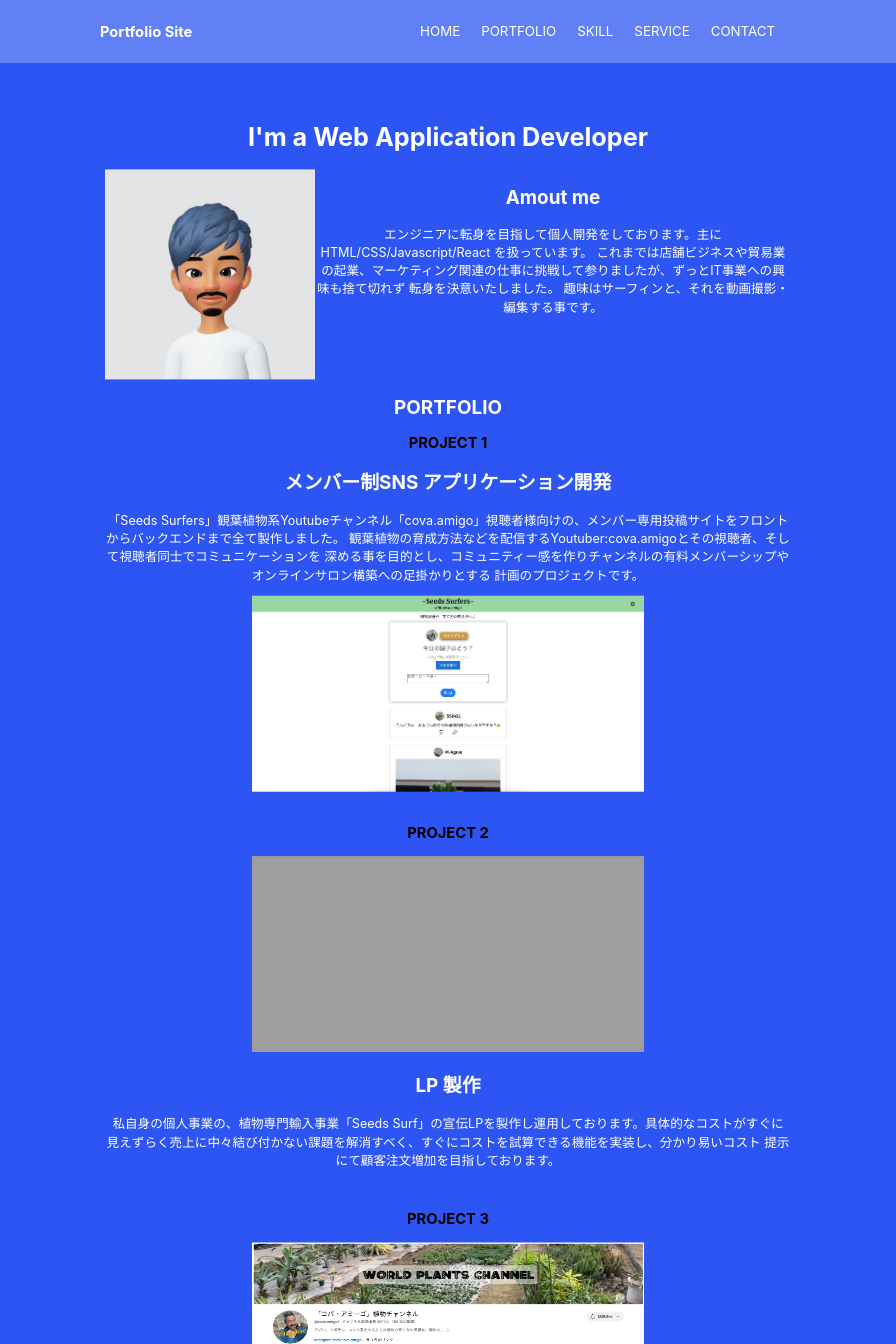
Repository: Seiya00002/my-portfolio-website2
Page: /
These files come from the project's save history. The page is drawn as it stood at one moment and after the next save; the edit follows.
The browser window is 1280 px wide. The pictures show the part of the page from y = 0 to 1920 px (the page is 3606 px tall), at 70% of full size.
Pictures or frames that could not be fetched are drawn as grey boxes. The project was rebuilt for these pictures with package versions that can differ from the ones it lists, and the page was loaded fresh each time.

Above is the page before, as saved 2023-09-23 16:42:39.

### src/index.css
body {
  margin: 0;
  font-family: -apple-system, BlinkMacSystemFont, 'Segoe UI', 'Roboto', 'Oxygen',
    'Ubuntu', 'Cantarell', 'Fira Sans', 'Droid Sans', 'Helvetica Neue',
    sans-serif;
  -webkit-font-smoothing: antialiased;
  -moz-osx-font-smoothing: grayscale;
  background-color: rgb(45, 85, 244);
}

code {
  font-family: source-code-pro, Menlo, Monaco, Consolas, 'Courier New',
    monospace;
}

### src/App.tsx
import React from 'react';
import logo from './logo.svg';
import './App.css';
import Header from './Components/Header';
import Homepage from './Components/Homepage';
import Footer from './Components/Footer';

function App() {
  return (
    <div className="App">
      <Header />
      <Homepage />
      <Footer />
    </div>
  );
}

export default App;

### src/App.css
.App {
  text-align: center;
  font-size: 18px;
  height: 100vh;
  width: 100%;
}

h1, h2, p {
  color: white;
}

.header {
  height: 90px;
  display: flex;
  justify-content: space-around;
  align-items: center;
  width: 100%;
  color: white;
  position: fixed;
  background-color: rgb(98, 128, 246);
  z-index: 10;
}

nav ul li {
  list-style: none;
  display: inline-block;
  margin-right: 30px;
}

nav ul li a {
  font-size: 19px;
  color: white;
  text-decoration: none;
  transition: all 0.2s;
}

nav ul li a:hover {
  color: rgb(36, 89, 250);
}

.container {
  padding: 150px;
}

#about-me {
  display: flex;
  width: 100%;
}

.about-me img {
  height: 300px;
  width: 300px;
}

.left-contents img {
  width: 560px;
  height: 280px;
}

.tech-icon {
  width: 80px;
  height: 80px;
}

.tech-icon img {
  width: 100%;
  height: 100%;

}

.skill-section {
  display: flex;
}

.service-title img {
  width: 50px;
  height: 50px;
}

.footer {
  height: 110px;
  width: 100%;
  justify-content: center;
  align-items: center;
  background-color: rgb(113, 135, 246);
}

### src/Components/Header.tsx
import React from 'react'

const Header = () => {
  return (
    <div className='header'>
        <h3>Portfolio Site</h3>
        <nav>
            <ul>
                <li>
                    <a href='#top'>HOME</a>
                </li>
                <li>
                    <a href='#portfolio'>PORTFOLIO</a>
                </li>
                <li>
                    <a href='#skill'>SKILL</a>
                </li>
                <li>
                    <a href='#service'>SERVICE</a>
                </li>
                <li>
                    <a href='#contact'>CONTACT</a>
                </li>
            </ul>
        </nav>
    </div>
  )
}

export default Header

### src/Components/Homepage.tsx
import React from 'react'

const Homepage = () => {
  return (
    <div className='container'>
        <h1>I'm a Web Application Developer</h1>
        <div className='about-me' id='about-me'>
            <img src='/image/m-drawing.jpg' alt='profile-image' />
            <div className='right-contents'>
                <h2>Amout me</h2>
                <p>エンジニアに転身を目指して個人開発をしております。主にHTML/CSS/Javascript/React を扱っています。
                これまでは店舗ビジネスや貿易業の起業、マーケティング関連の仕事に挑戦して参りましたが、ずっとIT事業への興味も捨て切れず
                転身を決意いたしました。
                趣味はサーフィンと、それを動画撮影・編集する事です。</p>
            </div>
        </div>

        <div id='portfolio'>
            <h2>PORTFOLIO</h2>
            <div className='project'>
                <div className='left-contents'>
                    <h3>PROJECT 1</h3>
                    <h2>メンバー制SNS アプリケーション開発</h2>
                    <p>「Seeds Surfers」観葉植物系Youtubeチャンネル「cova.amigo」視聴者様向けの、メンバー専用投稿サイトをフロント
                        からバックエンドまで全て製作しました。
                        観葉植物の育成方法などを配信するYoutuber:cova.amigoとその視聴者、そして視聴者同士でコミュニケーションを
                        深める事を目的とし、コミュニティー感を作りチャンネルの有料メンバーシップやオンラインサロン構築への足掛かりとする
                        計画のプロジェクトです。
                    </p>
                    <img src='/image/seeds-surfers-image.png'
                    alt='Seeds-Surfers-image'
                    />
                </div>
                <img src='' alt=''/>
            </div>
            <div className='project'>
                <div className='left-contents'>
                    <h3>PROJECT 2</h3>
                    <img src='/image/seeds-surf-lp-image.png'
                    alt='Seeds-Surf-lp-image'
                    />
                    <h2>LP 製作</h2>
                    <p>私自身の個人事業の、植物専門輸入事業「Seeds Surf」の宣伝LPを製作し運用しております。具体的なコストがすぐに
                        見えずらく売上に中々結び付かない課題を解消すべく、すぐにコストを試算できる機能を実装し、分かり易いコスト
                        提示にて顧客注文増加を目指しております。
                    </p>
                </div>
                <img src='' alt=''/>
            </div>
            <div className='project'>
                <div className='left-contents'>
                    <h3>PROJECT 3</h3>
                    <img src='/image/youtube-image.png'
                    alt='movie-project-image'
                    />
                    <h2>動画製作</h2>
                    <p>Youtubeチャンネルを立ち上げから、撮影、編集、分析を含む運営を約2年間行いました。チャンネル登録者は約8千人、
                        販売売上80%増を達成しました。ニッチな分野のジャンルで、無名の状態から業界では知られた存在となり、人気を
                        獲得し売り上げにつながりました。テレビ風の面白おかしい、サボテン系植物の解説系動画チャンネルです。
                    </p>
                </div>
                <img src='' alt=''/>
            </div>

        </div>

        <div id='skill'>
            <h2>SKILL</h2>
            <div className='skill-section'>
                <div className='tech-icon'>
                    <img src='/image/html-5-icon.svg' />
                    <p>HTML</p>
                </div>
                <div className='tech-icon'>
                    <img src='/image/css-3-icon.svg' />
                    <p>CSS</p>
                </div>
                <div className='tech-icon'>
                    <img src='/image/javascript-icon.svg' />
                    <p>Javascript</p>
                </div>
                <div className='tech-icon'>
                    <img src='/image/react-icon.svg' />
                    <p>React.JS</p>
                </div>
                <div className='tech-icon'>
                    <img src='/image/typescript-icon.svg' />
                    <p>Typescript</p>
                </div>
                <div className='tech-icon'>
                    <img src='/image/firebase-icon.svg' />
                    <p>Firebase</p>
                </div>
                <div className='tech-icon'>
                    <img src='/image/nodejs-icon.svg' />
                    <p>Node.JS</p>
                </div>
                <div className='tech-icon'>
                    <img src='/image/adobe-premiere-icon.svg' />
                    <p>Adobe preiere pro</p>
                </div>
            </div>
        </div>

        <div id='service'>
            <h2>SERVICE</h2>
            <div className='service-description'>
                <div className='service-box'>
                    <div className='service-title'>
                        <img src='/image/memo-app-icon.svg' />
                        <h2>Web Application 開発</h2>
                    </div>
                    <p>Javascript, React.js を用いたSNS等のWEBアプリケーションの開発</p>
                </div>
                <div className='service-box'>
                <div className='service-title'>
                        <img src='/image/memo-app-icon.svg' />
                        <h2>Website 開発</h2>
                    </div>
                    <p>Javascriptを用いた機能付きのWebサイトや、React.jsによる本格的なWebサイトをHTML,CSSの編集を含めご対応いたします。</p>
                </div>
                <div className='service-box'>
                <div className='service-title'>
                        <img src='/image/memo-app-icon.svg' />
                        <h2>Web Marketing support</h2>
                    </div>
                    <p>LP製作から、Web広告、SNS運用、そしてマーケティング戦略立案をサポートいたします。</p>
                </div>
                <div className='service-box'>
                <div className='service-title'>
                        <img src='/image/memo-app-icon.svg' />
                        <h2>動画製作</h2>
                    </div>
                    <p>Youtube, SNS向け動画製作の企画、撮影、編集作業を行なっております。Adobe premiere pro, filmoraソフトご対応しております。</p>
                </div>
            </div>
        </div>
        <div id='contact'>
            <h2>CONTACT</h2>
        </div>

    </div>
  )
}

export default Homepage

### src/Components/Footer.tsx
import React from 'react'

const Footer = () => {
  return (
        <div className='footer'>
            <p>CopyRight@Matsumoto</p>
        </div>  )
}

export default Footer

Loaded but not shown: public/index.html (common file); src/index.tsx (common file); src/reportWebVitals.ts (common file)

After the next save:
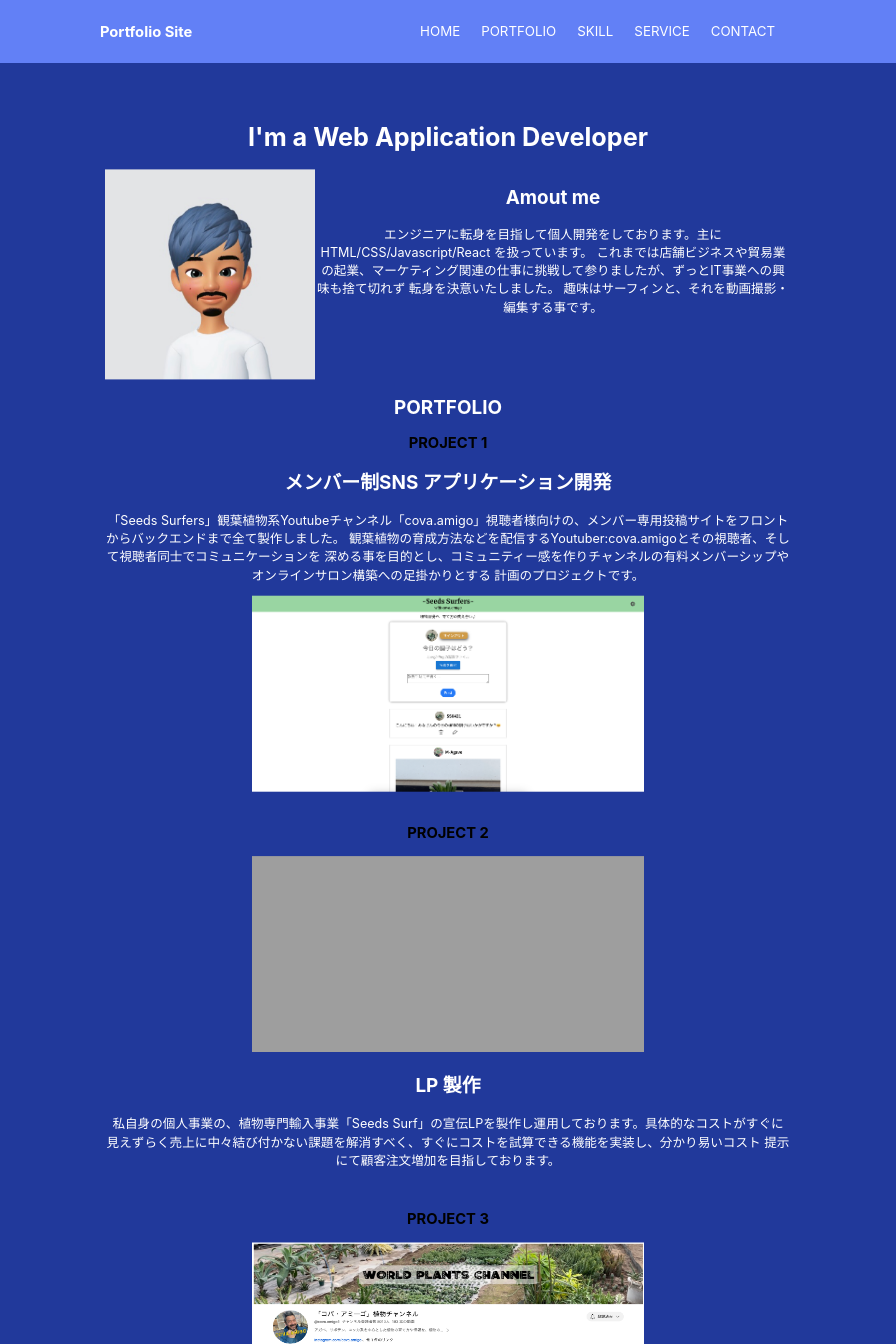
Saved 10 s later.
--- a/src/index.css
+++ b/src/index.css
@@ -5,7 +5,7 @@
     sans-serif;
   -webkit-font-smoothing: antialiased;
   -moz-osx-font-smoothing: grayscale;
-  background-color: rgb(45, 85, 244);
+  background-color: rgb(33, 57, 155);
 }
 
 code {
